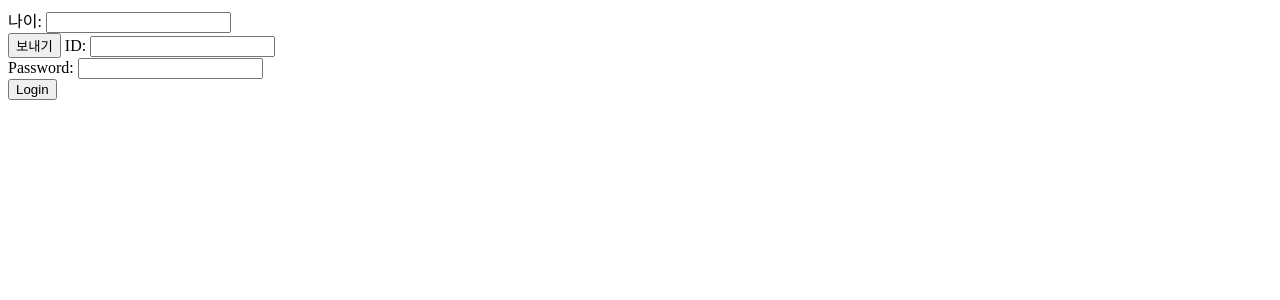
Repository: i-kemen/jsp
Page: WebTest/src/main/webapp/login.html
An editor plug-in stored every save of this project. The page is shown before and after the next save, followed by the edit.
The browser window is 1280 px wide. The pictures show the whole page.

Above is the page before, as saved 2023-06-21 06:20:32.

After the next save:
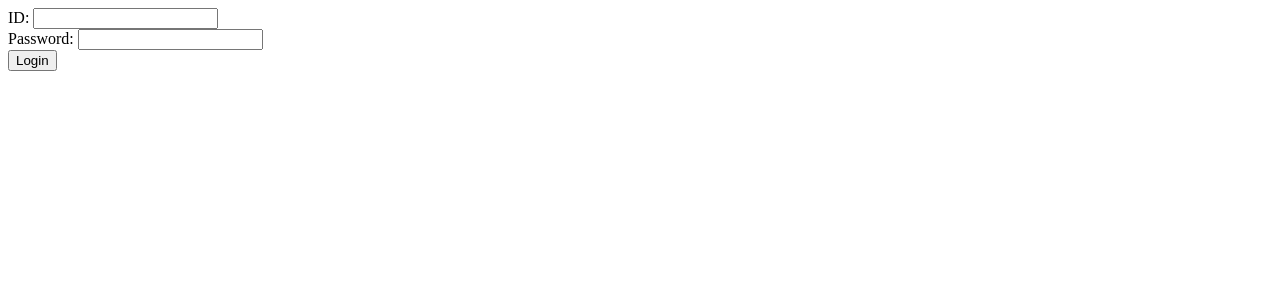
Saved 5 s later.
--- a/WebTest/src/main/webapp/login.html
+++ b/WebTest/src/main/webapp/login.html
@@ -6,8 +6,8 @@
 </head>
 <body>
     <form method="post" action="login.jsp">
-        나이: <input type="text" name="number" size="20" /> <br />
-        <input type="submit" value="보내기" />
+<!--         나이: <input type="text" name="number" size="20" /> <br /> -->
+<!--         <input type="submit" value="보내기" /> -->
 
         <label for="id">ID:</label>
         <input type="text" id="id" name="id" required><br/>
